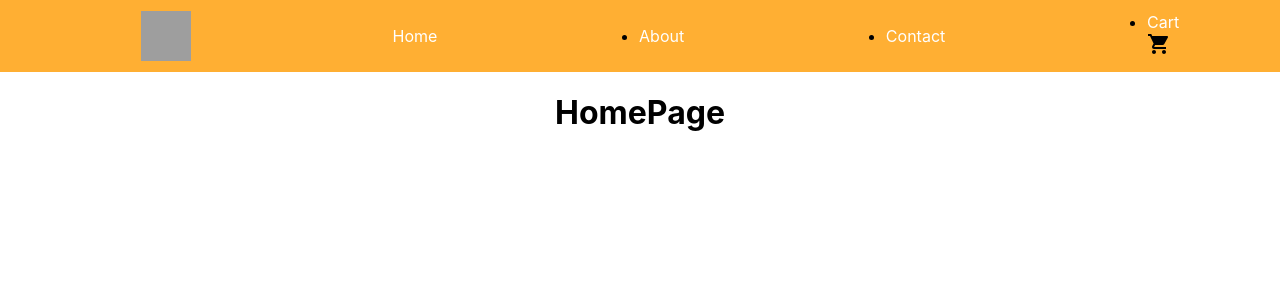
Repository: Toydrum/React-HectorCoronado
Page: /
The author's editor kept a copy of each file at every save. The page is drawn from the files as they stood at one save, then again after the next save.
The browser window is 1280 px wide. The pictures show the whole page.
Pictures or frames that could not be fetched are drawn as grey boxes. The page's requests for data from a server got no answer. The project was rebuilt for these pictures with package versions that can differ from the ones it lists, and the page was loaded fresh each time. No one was signed in, and anything a server would have sent is missing. Also part of the build but not shown: src/components/CardUser/CardUser.jsx, src/pages/ContactPage/ContactPage.jsx, src/pages/AboutPage/AboutPage.jsx, src/pages/DetailPage/DetailPage.jsx.

Above is the page before, as saved 2023-06-18 18:05:08.

### src/App.jsx
import React from "react";
import "./App.css";
import { BrowserRouter as Router, Routes, Route } from "react-router-dom";
//Components
import NavBar from "./components/Navbar/Navbar";
import CartWidged from "./components/CartWidged/CartWidget";
//Pages
import HomePage from "./pages/HomePage/HomePage";
import ContactPage from "./pages/ContactPage/ContactPage";
import AboutPage from "./pages/AboutPage/AboutPage";
import DetailPage from "./pages/DetailPage/DetailPage";
function App() {
  return (
    <Router>
      <div className="App">
        <NavBar />
        <Routes>
          <Route path="/" element={<HomePage />}></Route>
          <Route path="/About" element={<AboutPage />}></Route>
          <Route path="/Contact" element={<ContactPage />}></Route>
          <Route path="/detail/:id" element={<DetailPage />}></Route>
          <Route path="/cart" element={<CartWidged />}></Route>
        </Routes>
        <div className="Cards-Container"></div>
      </div>
    </Router>
  );
}

export default App;

### src/App.css
.App {
  display: flex;
  flex-direction: column;
  justify-content: center;
}

.Cards-Container{
  display: flex;
  width: 100%;
  justify-content: center;
}

### src/components/Navbar/Navbar.jsx
import React from "react";
import "./Navbar.css";
import logo from "./cat-logo.svg";
import { Link } from "react-router-dom";
import CartWidget from "../CartWidged/CartWidget";

const NavBar = () => {
  return (
    <nav className="nav-container">
      <ul className="nav-ul">
        <img src={logo} alt="gatito" style={{ height: 50, width: 50 }} />
        <li className="li">
          <Link to="/" className="li">
            Home
          </Link>
        </li>
        <li>
          <Link to="/about" className="li">
            About
          </Link>
        </li>
        <li>
          <Link to="/contact" className="li">
            Contact
          </Link>
        </li>
        <li>
          <Link to="/cart" className="li">
            Cart
          </Link>
          <CartWidget />
        </li>
      </ul>
    </nav>
  );
};

export default NavBar;

### src/components/CartWidged/CartWidget.jsx
import React from 'react'
import ShoppingCartIcon from '@mui/icons-material/ShoppingCart';
const cart = () => {
  return (
    <div>
      <a href ="https://www.google.com.mx/?hl=es"style= {{color:"black"}}><ShoppingCartIcon/></a>
    </div>
  )
}

export default cart

### src/pages/HomePage/HomePage.jsx
import React from "react";
import CardList from "../../components/CardList/CardList";

const HomePage = () => {
  return (
    <div>
      <h1 style={{ display: "flex", justifyContent: "center" }}>HomePage</h1>
      <CardList />
    </div>
  );
};

export default HomePage;

### src/components/Navbar/Navbar.css
.nav-container {
  background-color: #FFAF33;
  height: 10vh;
  display: flex;
  width: 100%;
  justify-content: space-around;
  align-items: center;
}

.nav-ul {
  display: flex;
  width: 100%;
  justify-content: space-around;
  align-items: center;
}

.li {
  color: white;
  list-style-type: none;
  text-decoration: none;
}

### src/components/CardList/CardList.jsx
import React, { useState, useEffect } from "react";
import CardUser from "../CardUser/CardUser";
import "./CardList.css";
import { Link } from "react-router-dom";

const CardList = () => {
  const [prod, setProd] = useState([]);
  console.log(prod);
  useEffect(() => {
    fetch("https://fakestoreapi.com/products")
      .then((response) => response.json())
      .then((data) => setProd(data));
  }, []);

  return (
    <div className="Cards-List">
      {prod.map((prod) => {
        return (
          <Link key={prod.id} to={`detail/${prod.id}`}>
            <div>
              <CardUser data={prod} />
            </div>
          </Link>
        );
      })}
    </div>
  );
};

export default CardList;

### src/components/CardList/CardList.css
.Cards-List{
  display: grid;
  justify-content: space-around;
  align-content: space-around;
  align-items: center;
  grid-template-columns: 1fr 1fr 1fr;
}

Loaded but not shown: public/index.html (common file); src/index.js (common file); src/index.css (common file)

After the next save:
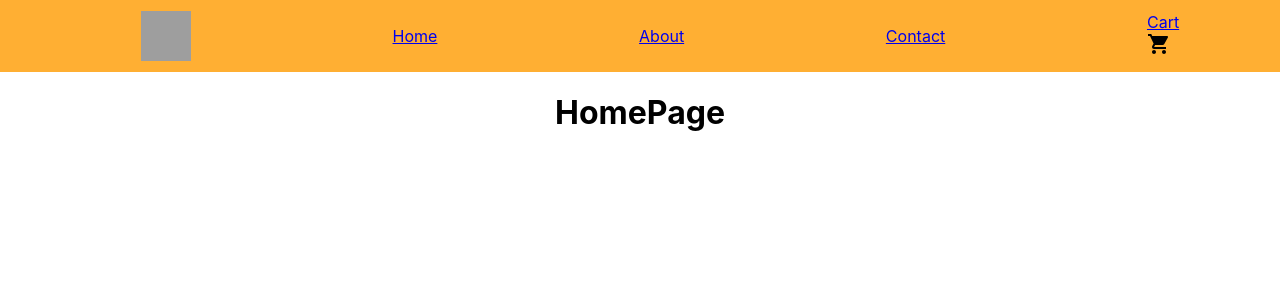
Saved 32 s later.
--- a/src/components/Navbar/Navbar.jsx
+++ b/src/components/Navbar/Navbar.jsx
@@ -10,24 +10,16 @@ const NavBar = () => {
       <ul className="nav-ul">
         <img src={logo} alt="gatito" style={{ height: 50, width: 50 }} />
         <li className="li">
-          <Link to="/" className="li">
-            Home
-          </Link>
+          <Link to="/">Home</Link>
         </li>
-        <li>
-          <Link to="/about" className="li">
-            About
-          </Link>
+        <li className="li">
+          <Link to="/about">About</Link>
         </li>
-        <li>
-          <Link to="/contact" className="li">
-            Contact
-          </Link>
+        <li className="li">
+          <Link to="/contact">Contact</Link>
         </li>
-        <li>
-          <Link to="/cart" className="li">
-            Cart
-          </Link>
+        <li className="li">
+          <Link to="/cart">Cart</Link>
           <CartWidget />
         </li>
       </ul>
